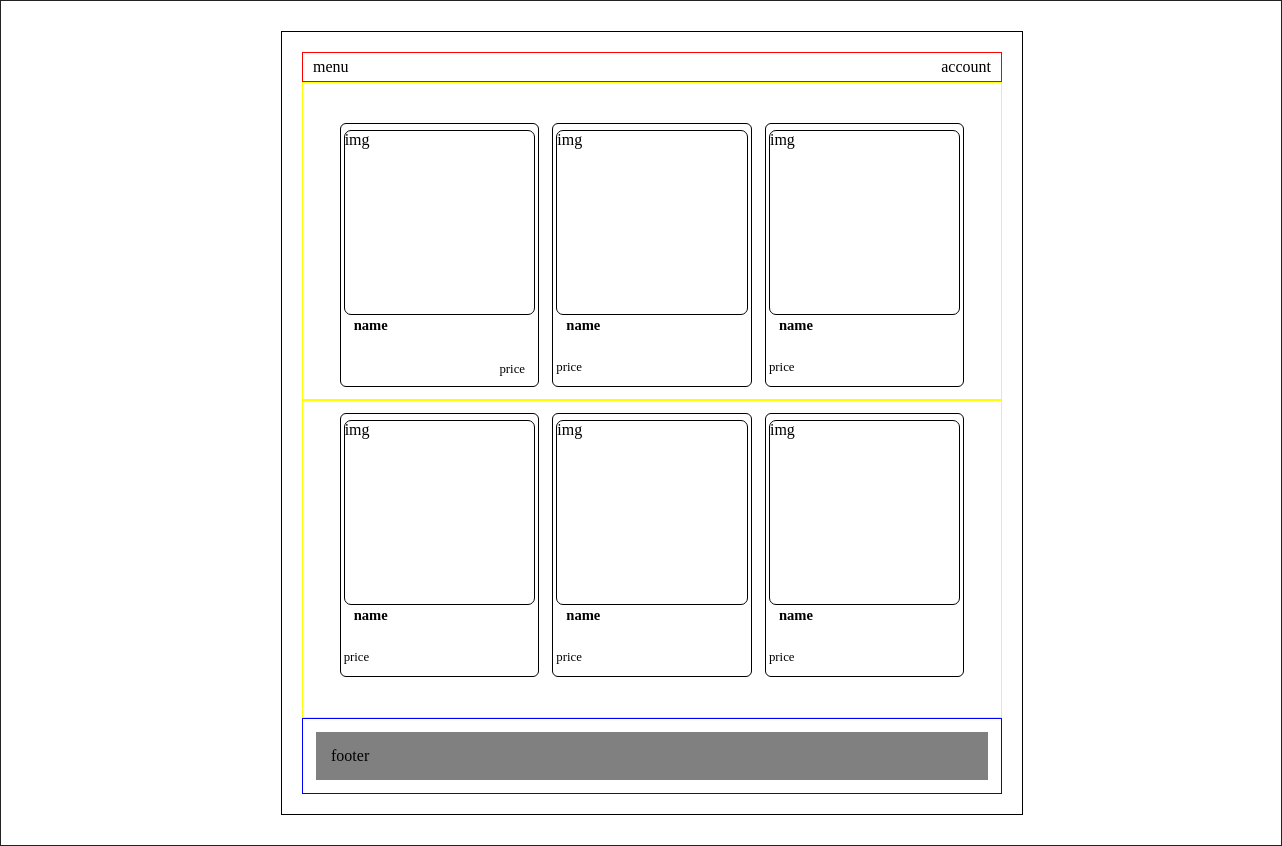
Repository: dongwoon1/cal
Page: http://localhost/calDWC/
An editor plug-in stored every save of this project. The page is shown before and after the next save, followed by the edit.
The browser window is 1280 px wide. The page is 1282 px wide, so the pictures cover 1282 px, including what lies to the right of the window. The pictures show the whole page.
The page is served by Tomcat 9.

Above is the page before, as saved 2025-03-19 22:55:06.

### calProject/calDWC/src/main/webapp/index.jsp
<%@ page language="java" contentType="text/html; charset=UTF-8"
    pageEncoding="UTF-8"%>
<!DOCTYPE html>
<html>

	<head>
		<meta charset="UTF-8">
		<title>バイバイハンバイ</title>
		<link href="${pageContext.request.contextPath}/css/main.css" rel="stylesheet">
		<style type="text/css">
	 *{
	  padding: 0; margin: 0;
	 }
	 main{
	     margin: 30px 280px;
	     padding: 20px;
	     width: 700px;
	      border: 1px solid black;
	 }
	 header{
	  display: flex;
	  justify-content: space-between;
	   border: 1px solid red;
	 }
	 header span{
	  padding: 5px 10px;
	 }
	 footer{
	  padding: 13px;
	   border: 1px solid blue;
	 }
	 footer div{
	  background: gray;
	     padding: 15px;
	 }
	 .pro{
	  padding: 12px 30px;
	  display: flex;
	  justify-content: space-around;
	   border: 1px solid yellow;
	 }
	 .pro:first-child{
	  padding-top: 40px;
	 }
	 .pro:last-child{
	  padding-bottom: 40px;
	 }
	 .pro div{
	  width: 30%;
	   height:250px;
	 }

	 .product{
	  padding: 6px 3px;
	  border: 1px solid black;
	  border-radius: 6px;
	 }
	 .product div{
	  width: 100%;
	 }
	 .product div:first-child{
	  width: 99%;
	  height: 73%;
	  border: 1px solid black;
	  border-radius: 7px;
	 }
	 .product div:nth-child(2){
	  height: 18%;
	  font-size: 110%;
	 }
	 .product div:last-child{
	  height: 9%;
	  font-size: 80%;
	 }

	 .product h5, .product span{
	  padding: 2px 10px;
	 }
	 .product span{
	  text-align: right;
	  display: block;
	 }
	</style>
	</head>

	<body>
	 <main>

	  <header>
	   <span>menu</span>
	   <span>account</span>
	  <!--
	   <na>
	    <li>outer</li>
	    <li>shirts</li>
	    <li>pants</li>
	    <li>shoes</li>
	    <li>accessories</li>
	    <li>account</li>
	   </ul>
	    -->
	  </header>

	  <section>
	   <div class="pro">

	    <div class="product">

	     <div>
	      img
	     </div>
	     <div>
	      <h5>name</h5>
	     </div>
	     <div>
	      <span>price</span>
	     </div>

	    </div>

	    <div class="product">

	     <div>
	      img
	     </div>
	     <div>
	      <h5>name</h5>
	     </div>
	     <div>
	      price
	     </div>

	    </div>

	    <div class="product">

	     <div>
	      img
	     </div>
	     <div>
	      <h5>name</h5>
	     </div>
	     <div>
	      price
	     </div>

	    </div>

	   </div>


	   <div class="pro">

	    <div class="product">

	     <div>
	      img
	     </div>
	     <div>
	      <h5>name</h5>
	     </div>
	     <div>
	      price
	     </div>

	    </div>

	    <div class="product">

	     <div>
	      img
	     </div>
	     <div>
	      <h5>name</h5>
	     </div>
	     <div>
	      price
	     </div>

	    </div>

	    <div class="product">

	     <div>
	      img
	     </div>
	     <div>
	      <h5>name</h5>
	     </div>
	     <div>
	      price
	     </div>

	    </div>

	   </div>

	  </section>

	  <footer>
	   <div>footer</div>
	  </footer>

	 </main>
	</body>

</html>

### calProject/calDWC/src/main/webapp/css/main.css
@charset "UTF-8";

*{
	margin:0;
	padding:0;
}

body{
	margin : auto;
	width: 100%;
	height:;
		border:1px solid #222;
}

After the next save:
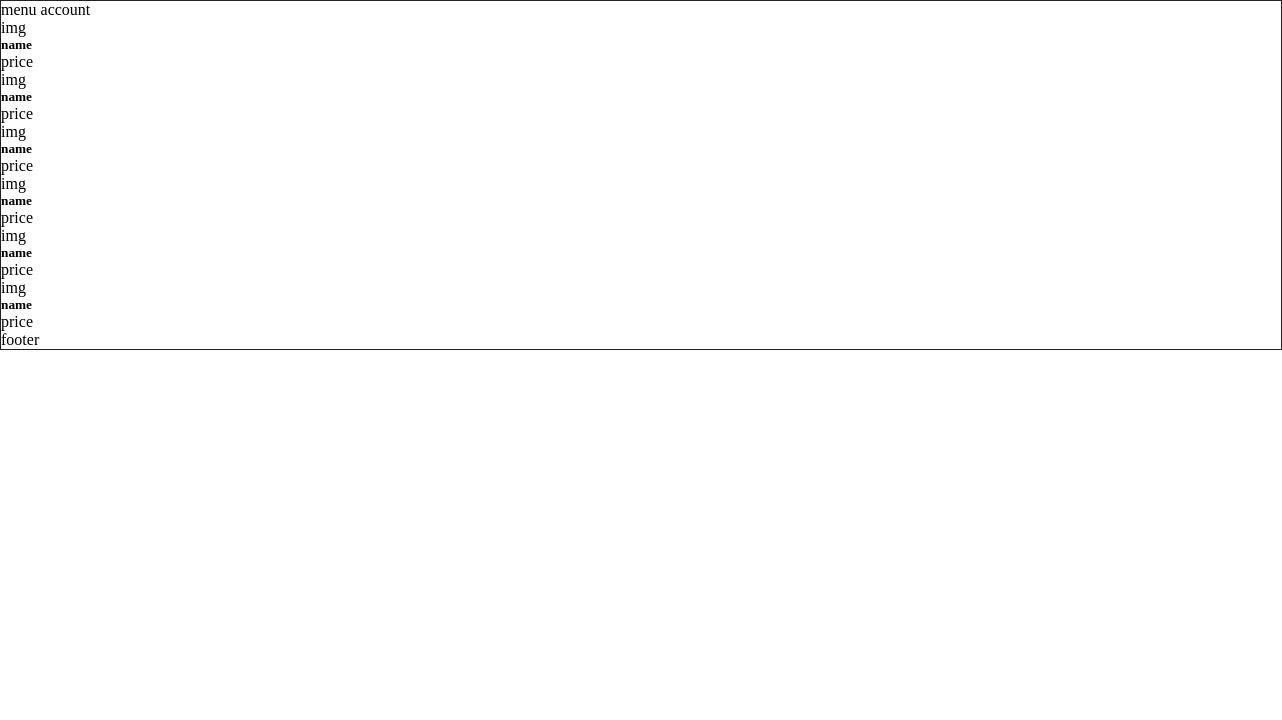
Saved 53 s later.
--- a/calProject/calDWC/src/main/webapp/index.jsp
+++ b/calProject/calDWC/src/main/webapp/index.jsp
@@ -7,80 +7,6 @@
 		<meta charset="UTF-8">
 		<title>バイバイハンバイ</title>
 		<link href="${pageContext.request.contextPath}/css/main.css" rel="stylesheet">
-		<style type="text/css">
-	 *{
-	  padding: 0; margin: 0;
-	 }
-	 main{
-	     margin: 30px 280px;
-	     padding: 20px;
-	     width: 700px;
-	      border: 1px solid black;
-	 }
-	 header{
-	  display: flex;
-	  justify-content: space-between;
-	   border: 1px solid red;
-	 }
-	 header span{
-	  padding: 5px 10px;
-	 }
-	 footer{
-	  padding: 13px;
-	   border: 1px solid blue;
-	 }
-	 footer div{
-	  background: gray;
-	     padding: 15px;
-	 }
-	 .pro{
-	  padding: 12px 30px;
-	  display: flex;
-	  justify-content: space-around;
-	   border: 1px solid yellow;
-	 }
-	 .pro:first-child{
-	  padding-top: 40px;
-	 }
-	 .pro:last-child{
-	  padding-bottom: 40px;
-	 }
-	 .pro div{
-	  width: 30%;
-	   height:250px;
-	 }
-
-	 .product{
-	  padding: 6px 3px;
-	  border: 1px solid black;
-	  border-radius: 6px;
-	 }
-	 .product div{
-	  width: 100%;
-	 }
-	 .product div:first-child{
-	  width: 99%;
-	  height: 73%;
-	  border: 1px solid black;
-	  border-radius: 7px;
-	 }
-	 .product div:nth-child(2){
-	  height: 18%;
-	  font-size: 110%;
-	 }
-	 .product div:last-child{
-	  height: 9%;
-	  font-size: 80%;
-	 }
-
-	 .product h5, .product span{
-	  padding: 2px 10px;
-	 }
-	 .product span{
-	  text-align: right;
-	  display: block;
-	 }
-	</style>
 	</head>
 
 	<body>
